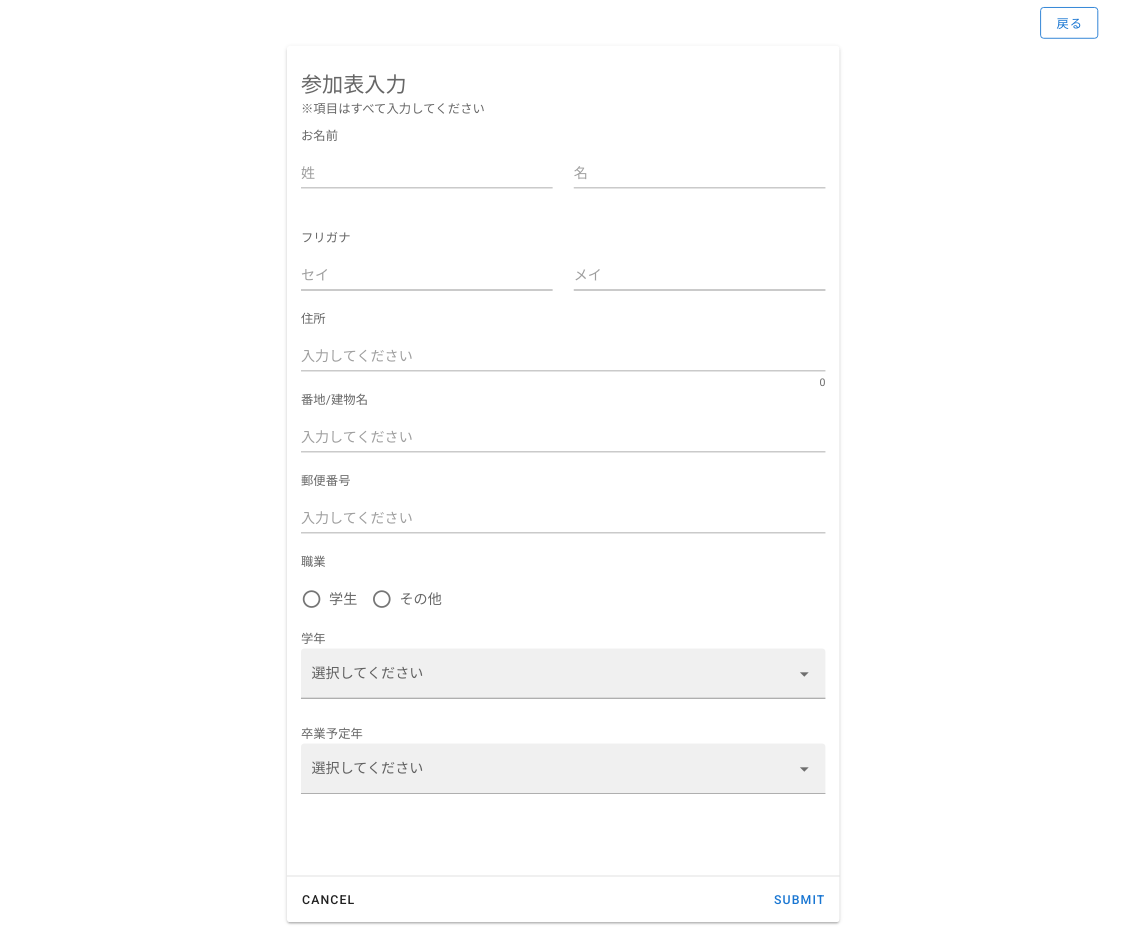
Repository: taniwhy/open-campus-system
Page: /#/register (app in client_view/)
An editor plug-in stored every save of this project. The page is shown before and after the next save, followed by the edit.
The browser window is 1280 px wide. The page is 1292 px wide, so the pictures cover 1292 px, including what lies to the right of the window. The pictures show the whole page, at 88% of full size.
The project was rebuilt for these pictures with package versions that can differ from the ones it lists, and the page was loaded fresh each time. Also part of the build but not shown: client_view/vue.config.js, client_view/src/components/Home.vue, client_view/src/components/Login.vue, client_view/src/components/Branch.vue.

Above is the page before, as saved 2019-11-28 10:12:53.

After the next save:
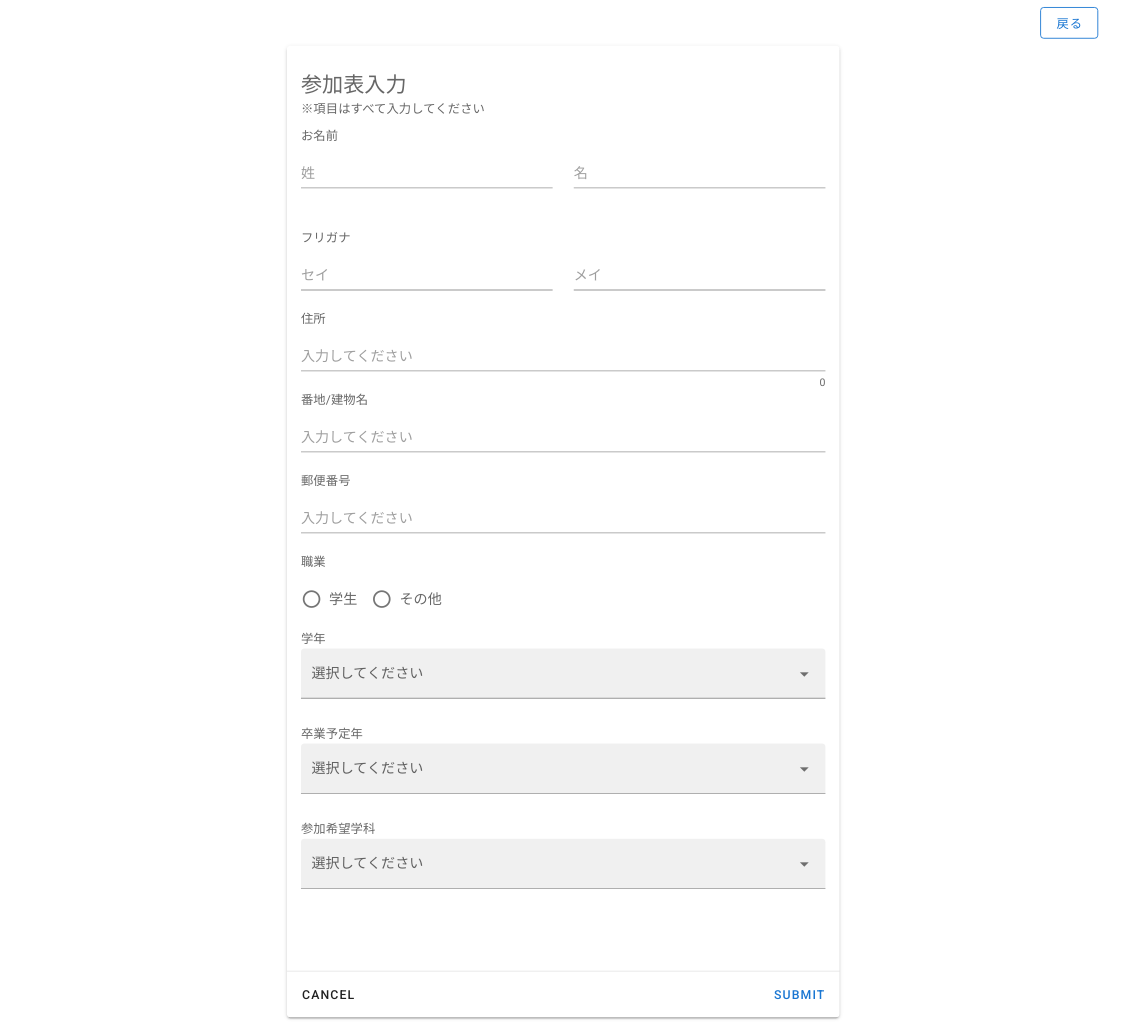
Saved 2 min 21 s later.
--- a/client_view/src/components/Register.vue
+++ b/client_view/src/components/Register.vue
@@ -96,7 +96,8 @@
               <v-radio label="その他" value="radio-2"></v-radio>
             </v-radio-group>学年
             <v-select :items="gakunen_items" filled label="選択してください"></v-select>卒業予定年
-            <v-select :items="yotei_items" filled label="選択してください"></v-select>
+            <v-select :items="yotei_items" filled label="選択してください"></v-select>参加希望学科
+            <v-select :items="gakka_items" filled label="選択してください"></v-select>
           </v-card-text>
           <v-divider class="mt-12"></v-divider>
           <v-card-actions>
